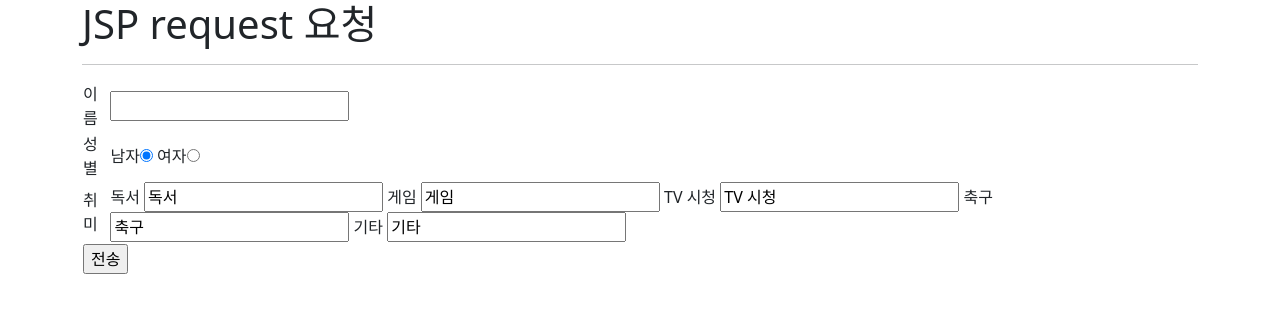
Repository: papepopopy/javascript
Page: http://localhost/webjsp/ex02/jspRequest.jsp
These files come from the project's save history. The page is drawn as it stood at one moment and after the next save; the edit follows.
The browser window is 1280 px wide. The pictures show the whole page.
The page is served by Tomcat 9. Nobody is signed in. The application's start-up code is not run.

Above is the page before, as saved 2024-07-04 02:14:09.

After the next save:
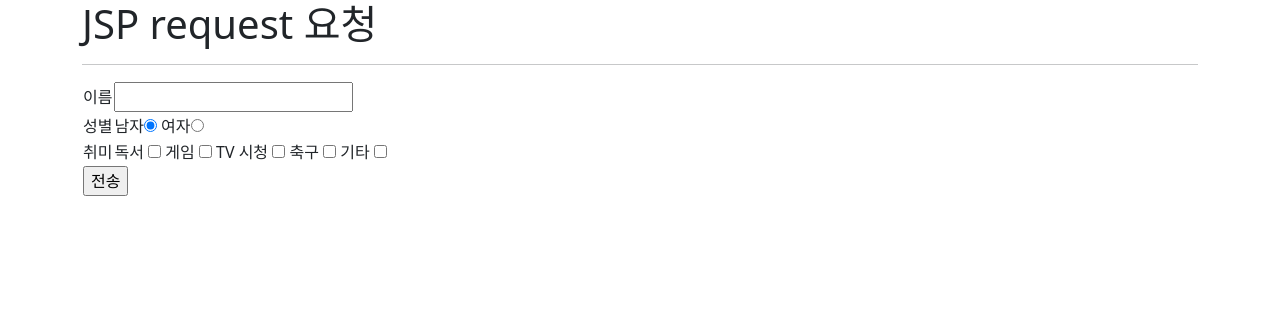
Saved 41 s later.
--- a/jspStudy/jspStudy/webjsp/src/main/webapp/ex02/jspRequest.jsp
+++ b/jspStudy/jspStudy/webjsp/src/main/webapp/ex02/jspRequest.jsp
@@ -33,11 +33,11 @@
 						<tr>
 							<td>취미</td>
 							<td>
-								독서 <input type="check" name="hobby" value="독서"/>
-								게임 <input type="check" name="hobby" value="게임"/>
-								TV 시청 <input type="check" name="hobby" value="TV 시청"/>
-								축구 <input type="check" name="hobby" value="축구"/>
-								기타 <input type="check" name="hobby" value="기타"/>
+								독서 <input type="checkbox" name="hobby" value="독서"/>
+								게임 <input type="checkbox" name="hobby" value="게임"/>
+								TV 시청 <input type="checkbox" name="hobby" value="TV 시청"/>
+								축구 <input type="checkbox" name="hobby" value="축구"/>
+								기타 <input type="checkbox" name="hobby" value="기타"/>
 							</td>
 						</tr>
 						<tr>
